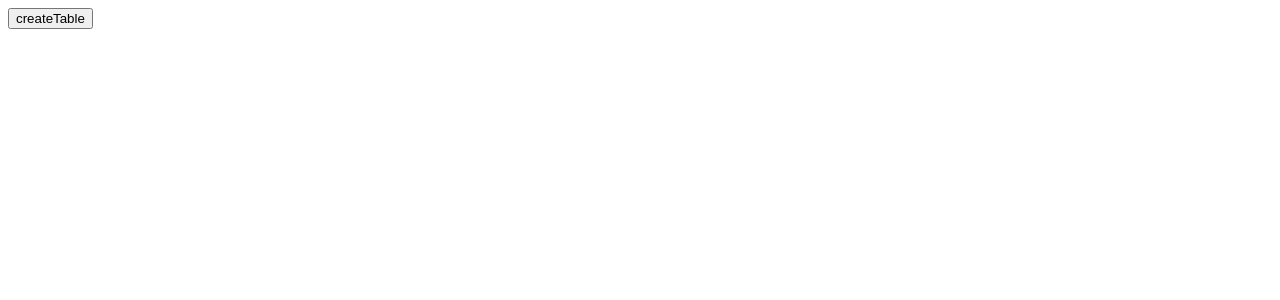
Repository: qq847261175/JavaWeb
Page: Jdbc_0010_MysqlConnected/WebRoot/welcome.html
The author's editor kept a copy of each file at every save. The page is drawn from the files as they stood at one save, then again after the next save.
The browser window is 1280 px wide. The pictures show the whole page.

Above is the page before, as saved 2016-10-28 08:57:21.

### Jdbc_0010_MysqlConnected/WebRoot/welcome.html
<head>

<body>
<form action="CreateTableServlet" method="post">
<input type="submit" value="createTable"/><br/>
</form>
</body>

</head>

After the next save:
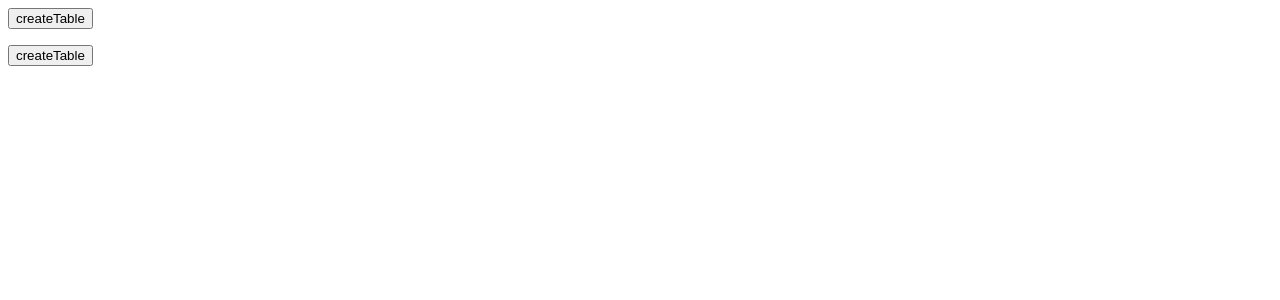
Saved 2 min 9 s later.
--- a/Jdbc_0010_MysqlConnected/WebRoot/welcome.html
+++ b/Jdbc_0010_MysqlConnected/WebRoot/welcome.html
@@ -4,6 +4,9 @@
 <form action="CreateTableServlet" method="post">
 <input type="submit" value="createTable"/><br/>
 </form>
+<form action="AddServlet" method="post">
+<input type="submit" value="createTable"/><br/>
+</form>
 </body>
 
 </head>
